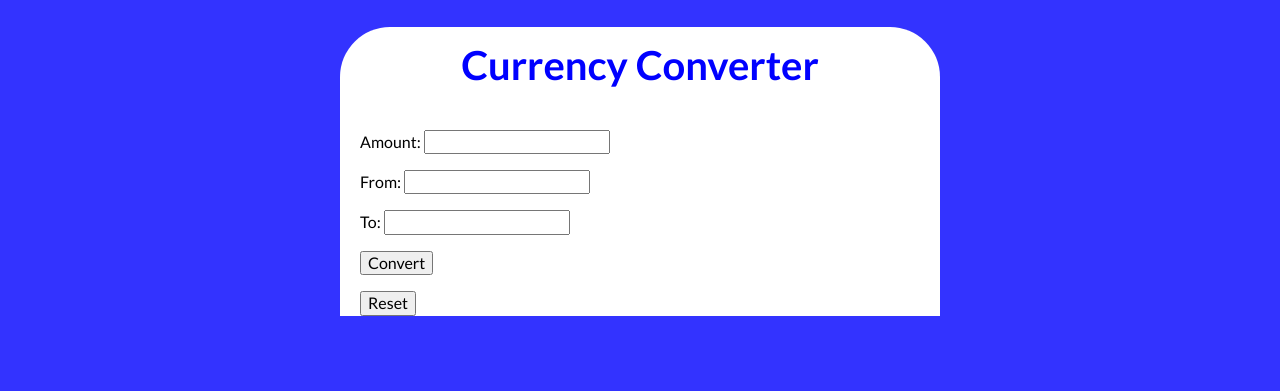
Repository: kkasperczyk/currency-converter
Page: index.html
These files come from the project's save history. The page is drawn as it stood at one moment and after the next save; the edit follows.
The browser window is 1280 px wide. The pictures show the whole page.

Above is the page before, as saved 2020-06-15 22:29:09.

### index.html
<!DOCTYPE html>
<html lang="en">

<head>
    <meta charset="UTF-8">
    <meta name="viewport" content="width=device-width, initial-scale=1.0">
    <link rel="stylesheet" href="https://cdnjs.cloudflare.com/ajax/libs/normalize/8.0.1/normalize.min.css"
        integrity="sha256-l85OmPOjvil/SOvVt3HnSSjzF1TUMyT9eV0c2BzEGzU=" crossorigin="anonymous" />
    <link rel="stylesheet" href="css/global.css">
    <link rel="stylesheet" href="css/container.css">
    <link rel="stylesheet" href="css/header.css">
    <link rel="stylesheet" href="css/main.css">
    <script defer src="js/script.js"></script>
    <link href="https://fonts.googleapis.com/css2?family=Lato:ital,wght@0,400;0,700;1,400&display=swap"
        rel="stylesheet">
    <title>Currency Converter</title>
</head>

<body>
    <div class="container">
        <header class="header">
            <h1 class="header__title">Currency Converter</h1>
        </header>
        <main class="main">
            <form class="form">
                <p>
                    <label>
                        Amount:
                        <input type="number" name="amount">
                    </label>
                </p>
                <p>
                    <label>
                        From:
                        <input type="number" name="from-currency">
                    </label>
                </p>
                <p>
                    <label>
                        To:
                        <input type="number" name="to-currency">
                    </label>
                </p>
                <p>
                    <button class="form__convertButton" type="submit">Convert</button>
                </p>
                <p>
                    <button class="form__resetButton"type="reset">Reset</button>
                </p>
            </form>
        </main>
    </div>
</body>

</html>

### css/global.css
html {
  box-sizing: border-box;
}

*,
::after,
::before {
  box-sizing: inherit;
}

body {
  font-family: "Lato", sans-serif;
  background-color: hsl(240, 100%, 60%);
}

### css/container.css
.container {
    max-width: 600px;
    margin: 0 auto;
    background-color: white;
    border-radius: 50px;
}

### css/header.css
.header {
    text-align: center;
    border-bottom: hsl(240, 100%, 50%);
}

.header__title {
    color: hsl(240, 100%, 50%);
    padding: 15px;
    font-size: 40px;
}

### css/main.css
.main {
    background-color: white;
    padding: 0 20px;
}

### js/script.js
console.log("Hi all developers! Nice to see you here.");

After the next save:
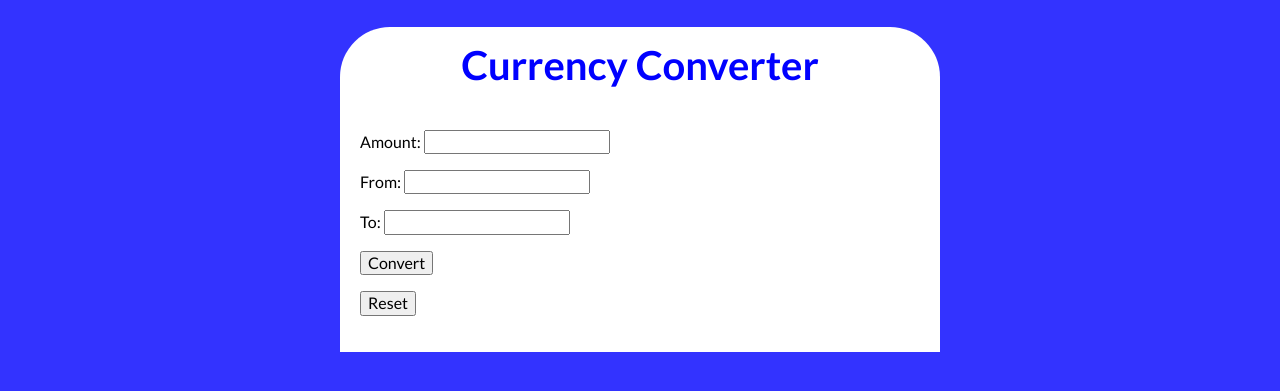
Saved 6 s later.
--- a/css/main.css
+++ b/css/main.css
@@ -1,4 +1,4 @@
 .main {
     background-color: white;
-    padding: 0 20px;
+    padding: 0 20px 20px;
 }
